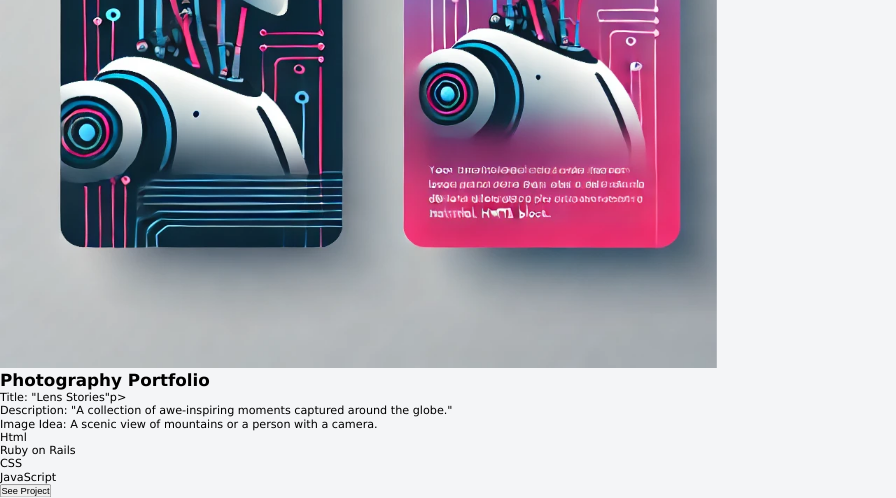
Repository: usman3123/portfolio-template-3
Page: portfolio.html
An editor plug-in stored every save of this project. The page is shown before and after the next save, followed by the edit.
The browser window is 1280 px wide. The pictures show the part of the page from y = 2534 to 4454 px (the page is 3245 px tall before and 4454 px after), at 70% of full size.
Some web libraries are served in a nearby version.

Above is the page before, as saved 2025-01-24 23:26:25.

### portfolio.html
<!DOCTYPE html>
<html lang="en">
<head>
  <meta charset="UTF-8">
  <meta name="viewport" content="width=device-width, initial-scale=1.0">
  <title>project 2</title>
  <link rel="stylesheet" href="style.css">
  <link href='https://unpkg.com/boxicons@2.1.4/css/boxicons.min.css' rel='stylesheet'>
  <link rel="stylesheet" href="https://cdnjs.cloudflare.com/ajax/libs/font-awesome/6.6.0/css/all.min.css" integrity="sha512-Kc323vGBEqzTmouAECnVceyQqyqdsSiqLQISBL29aUW4U/M7pSPA/gEUZQqv1cwx4OnYxTxve5UMg5GT6L4JJg==" crossorigin="anonymous" referrerpolicy="no-referrer" />
  <link rel="stylesheet" href="https://cdnjs.cloudflare.com/ajax/libs/font-awesome/6.6.0/css/all.min.css" integrity="sha512-Kc323vGBEqzTmouAECnVceyQqyqdsSiqLQISBL29aUW4U/M7pSPA/gEUZQqv1cwx4OnYxTxve5UMg5GT6L4JJg==" crossorigin="anonymous" referrerpolicy="no-referrer" />

  <link rel="stylesheet" href="https://cdnjs.cloudflare.com/ajax/libs/font-awesome/6.7.2/css/all.min.css">
  <link rel="preconnect" href="https://fonts.googleapis.com">
<link rel="preconnect" href="https://fonts.gstatic.com" crossorigin>
<link href="https://fonts.googleapis.com/css2?family=Poppins:ital,wght@0,100;0,200;0,300;0,400;0,500;0,600;0,700;0,800;0,900;1,100;1,200;1,300;1,400;1,500;1,600;1,700;1,800;1,900&display=swap" rel="stylesheet">
</head>

<body>

  <!-- Navbar -->

 <div class="hero-page">
  <div class="header-div">
    <nav class="nav-bar flex">
        <h4 class="nav-heading">My Logo</h4>
        <div class="nav-links flex">
            <a href="#myportfolio">Portfolo</a>
            <a href="myabout" class="link">About</a>
            <a href="mycontact" class="link" >Contact</a>
        </div>
        <i class="fa-solid fa-light fa-bars fa-xl " id="nav-icon"></i>
    </nav>
</div>

  <!-- Main Content -->
  <section id="myportfolio" class="hero-section flex">
    <div class="hero-content flex">
        <h1 class="hero-head"> I'm USMAN!
          Glad to see you.
      </h1>
      <p class="hero-p">
         I'm a software developer! I can help you build a product , feature or website Look through  some of my work and experience! If you like what you see and have a project you need coded, don’t hesitate to contact me.
      </p>
     <p class="let-connect"> LET'S CONNECT</p>

      <div class="icons flex">
          <img src="/assets/twitter.png" class="media-icon">
          <img src="assets/Linkedin.png" class="media-icon">
          <img src="assets/M.png" class="media-icon">
          <img src="assets/Github.png" class="media-icon">
          <img src="assets/V.png" class="media-icon">
      </div>
    </div>
  </section>

 </div>
  <!-- Cards Section -->

  <section class="cards">
    <div class="card-1">
      <img src="/assets/card-1img.webp" alt="CARD_!_IMG">
      <div class="card1-content">
        <h2>Technology Blog</h2>
        <p class="content-p">Title: "Innovating the Future"</p>
        <p class="content-p">Description: "Explore groundbreaking advancements in AI and robotics shaping tomorrow."</p>
        <p class="content-p">Image Idea: A futuristic image showing AI robots collaborating with humans.</p>
        <div class="languages">
          <p class="lang">Html</p>
          <p class="lang">CSS</p>
          <p class="lang">JavaScript</p>
        </div>
        <button class="content-btn">See Project</button>
      </div>
    </div>
    <div class="card-2">
      <img src="/assets/card-2img.webp" alt="CARD_!_IMG">
      <div class="card1-content">
        <h2>Photography Portfolio</h2>
        <p class="content-p">Title: "Lens Stories"p>
        <p class="content-p">Description: "A collection of awe-inspiring moments captured around the globe."
        <p class="content-p">Image Idea: A scenic view of mountains or a person with a camera.
        </p>
        <div class="languages">
          <p class="lang">Html</p>
          <p class="lang">Ruby on Rails</p>
          <p class="lang">CSS</p>
          <p class="lang">JavaScript</p>
        </div>
        <button class="content-btn">See Project</button>
      </div>
    </div>
    <div class="card-3"></div>
    <div class="card-4"></div>
  </section>


   <!-- ABOUT MYSELF -->

  <!-- <section id="myabout" class="about flex">

    <div class="about-intro flex">
      <h1 style="font-size: 40px;">About Myself</h1>
      <p class="about-paragraph">Hello I'm a software developer! I can help you build a product , feature or website Look through some of my work and experience! If you like what you see and have a project you need coded, don't hesitate to contact me.</p>
        <p class="let-connect">Let's Connect</p>
        <div class="icons flex icon-gap">
          <img src="assets/twitter.png" class="twitter">
          <img src="assets/Linkedin.png" class="inimage">
          <img src="assets/M.png" class="mimage">
          <img src="assets/Github.png" class="tomimage">
          <img src="assets/V.png" class="protocol">
      </div>
      <button class="button rsm-btn"> Get my resume</button>
    </div>

    <div class="about-skills flex">
      <div class="about-all flex">
        <p>Languages</p>
        <i class='bx bx-chevron-down'></i>
      </div>
      <div class="about-lang flex">
        <div class="about-lang-img flex">
          <i class="fa-brands fa-js" style="color: #ff0000;"></i>
          <p>JavaScript</p>
        </div>
        <div class="about-lang-img flex">
          <i class="fa-brands fa-html5" style="color: #FFD43B;"></i>
          <p>Html</p>

        </div>
        <div class="about-lang-img flex">
          <i class="fa-brands fa-css3-alt" style="color: #74C0FC;"></i>
          <p>css</p>
        </div>
      </div>
      <div class="about-all flex">
        <p> Frameworks</p>
        <i class='bx bx-chevron-right'></i>
      </div>
      <div class="about-all flex">
        <p>Skills</p>
        <i class='bx bx-chevron-right'></i>
        </div>
        </div>
        <div class="contact-section flex">
            <h4 class="contact-paragraph">I'm always interested in hearing about new projects, so if you'd like to chat please get in touch.</h4>
            <form action="submit-form" class="contact-form flex">
                <div class="names flex">
                    <input type="text" placeholder="Full name" class="first-name">
                    <input type="text" placeholder="last name" class="last-name">
      </div>
        <div class="contact-section flex">
            <h4 class="contact-paragraph">I'm always interested in hearing about new projects, so if you'd like to chat please get in touch.</h4>
            <form action="submit-form" class="contact-form flex">
                <div class="names flex">
                    <input type="text" placeholder="Full name" class="first-name">
                    <input type="text" placeholder="last name" class="last-name">
    </div>
  </section> -->

  <!-- Contact section -->

  <!-- <section id="mycontact" class="contact-section">
    <h1 class="contact-heading">Contact Me</h1>
    <p class="contact-description">
        If you have an application you are interested in developing, a feature that you need built, or a project that needs coding, I'd love to help with it!
    </p>
    <form class="contact-form">
        <input class="form-input" type="text" placeholder="Your Name">
        <input class="form-input" type="email" placeholder="Your Email">
        <textarea class="form-message" placeholder="Write your message here..."></textarea>
        <button class="form-button">Get in Touch</button>
    </form>

</section>

</main> -->

<script src="index.js"></script>
</body>
</html>

### style.css
*{
    margin: 0;
    padding: 0;
    box-sizing: border-box;
}

body {
    font-family: Verdana, Geneva, Tahoma, sans-serif;
    background-color: #f4f5f7;
}

.flex {
    display: flex;
}

.header-div {
    background-color: #3c3a39;
    width: 100%;
}

.nav-bar {
    justify-content: space-between;
    color: white;
    max-width: 1204px;
    padding: 10px 12px;
    align-items: center;
    padding: 10px 24px;
}

.nav-heading {
    font-size: 30px;
}

.nav-links {
    gap: 40px;
    align-items: center;
    font-size: 25px;
    display: none;
}
.nav-icon {
    display: flex;
    width: 24px;
}
.hero-page {
    background-color: white;
    border-bottom-left-radius: 190px;
    background-image: url(/assets/Header\ bg@2x.png);
    background-size: contain;
    max-height: 846px;
    background-position: center;
    background-repeat: no-repeat;
    max-width: 1440px;
}
.hero-section {
    height: 846px;
    align-items: center;
    justify-content: center;
    padding-left: 20%;
}
.hero-content {
    flex-direction: column;
    gap: 20px;
}
.hero-head {
    font-size: 48px;
    font-weight: 700;
    width: 35%;
}

.hero-p {
    font-size: 25px;
    line-height: 28px;
    color: #344563;

    width: 73%;
}

.let-connect {
    color: #1d32f7;
    font-size: 20px;
    font-weight: 500;
    line-height: 24px;
}

.media-icon {
    height: 35px;
}

.icons {
    gap: 10px;
}

.nav-head {
    max-width: 1440px;
    width: 100%;
}
.enable {
    color: blue;
}
.link {
    color: white;
    text-decoration: none;
}


@media (max-width : 1100px) {
    .hero-head {
        width: 53%;
    }
}
@media (max-width : 500px) {
    .hero-head {
        width: 100%;
    }
    .hero-section {
        padding: 24px;
    }
    .hero-p {
        width: 100%;
    }
}
@media (min-width : 700px) {
    .nav-links {
        display: flex;
    }
    #nav-icon {
        display: none;
    }
}

Loaded but not shown: index.js (no copy from this time; the picture is the same without it)

After the next save:
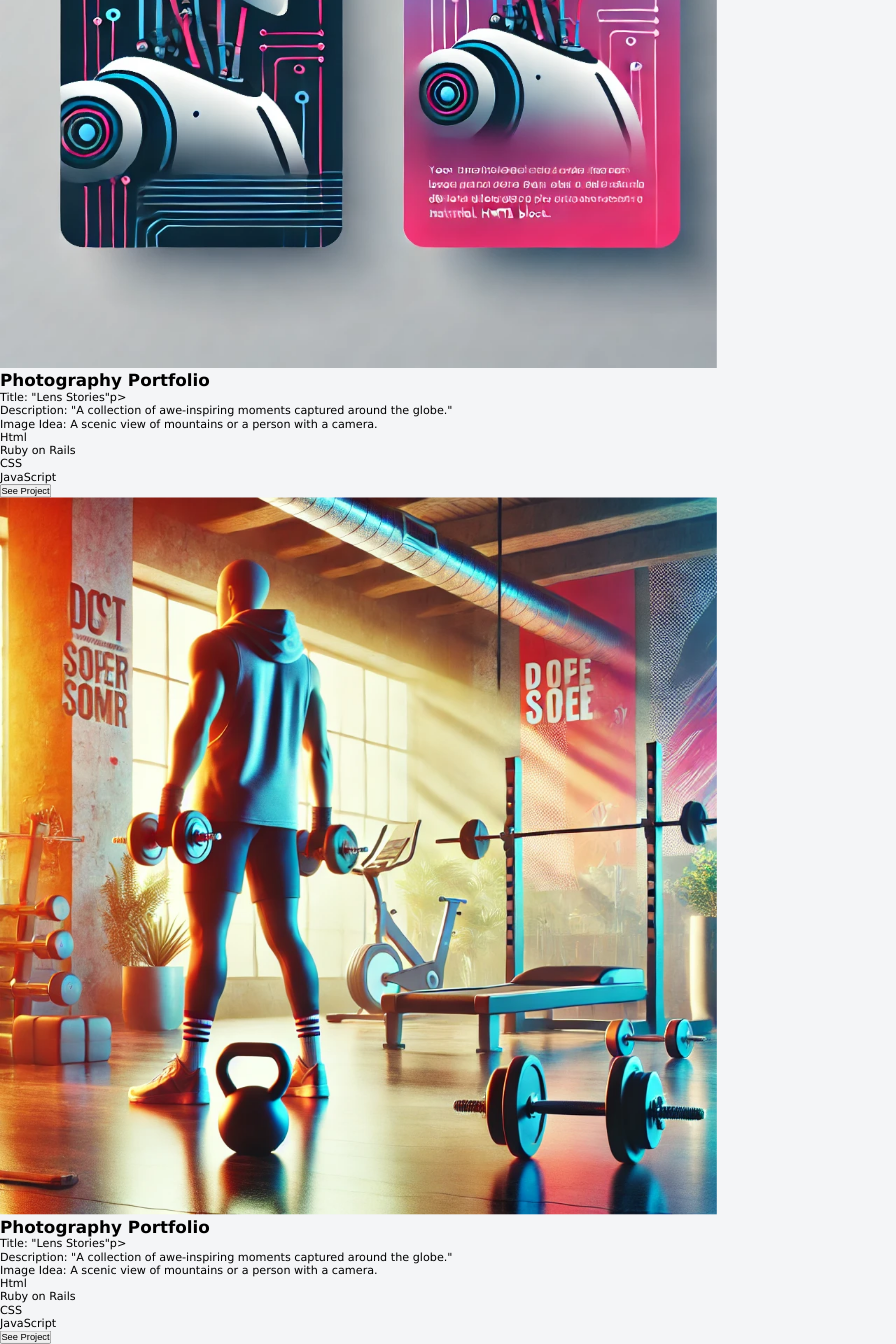
Saved 93 s later.
--- a/portfolio.html
+++ b/portfolio.html
@@ -59,7 +59,7 @@
   <section class="cards">
     <div class="card-1">
       <img src="/assets/card-1img.webp" alt="CARD_!_IMG">
-      <div class="card1-content">
+      <div class="card-content">
         <h2>Technology Blog</h2>
         <p class="content-p">Title: "Innovating the Future"</p>
         <p class="content-p">Description: "Explore groundbreaking advancements in AI and robotics shaping tomorrow."</p>
@@ -74,7 +74,7 @@
     </div>
     <div class="card-2">
       <img src="/assets/card-2img.webp" alt="CARD_!_IMG">
-      <div class="card1-content">
+      <div class="card-content">
         <h2>Photography Portfolio</h2>
         <p class="content-p">Title: "Lens Stories"p>
         <p class="content-p">Description: "A collection of awe-inspiring moments captured around the globe."
@@ -89,7 +89,23 @@
         <button class="content-btn">See Project</button>
       </div>
     </div>
-    <div class="card-3"></div>
+    <div class="card-3">
+      <img src="/assets/card-3img.webp" alt="CARD_!_IMG">
+      <div class="card-content">
+        <h2>Photography Portfolio</h2>
+        <p class="content-p">Title: "Lens Stories"p>
+        <p class="content-p">Description: "A collection of awe-inspiring moments captured around the globe."
+        <p class="content-p">Image Idea: A scenic view of mountains or a person with a camera.
+        </p>
+        <div class="languages">
+          <p class="lang">Html</p>
+          <p class="lang">Ruby on Rails</p>
+          <p class="lang">CSS</p>
+          <p class="lang">JavaScript</p>
+        </div>
+        <button class="content-btn">See Project</button>
+      </div>
+    </div>
     <div class="card-4"></div>
   </section>
 
